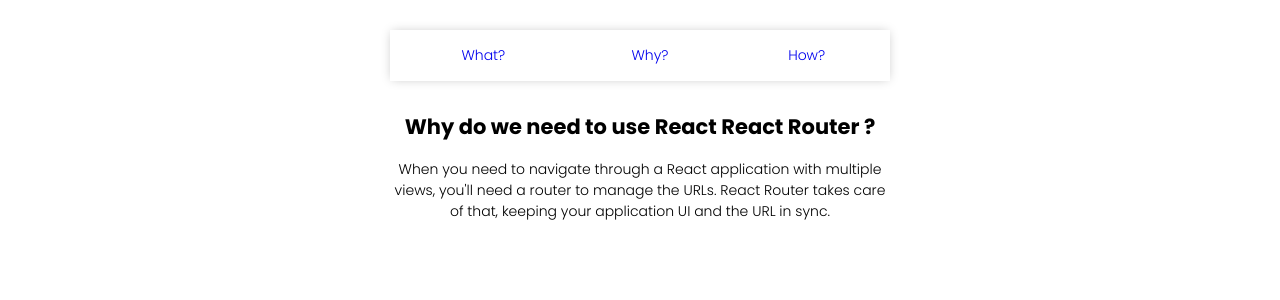
Repository: nguy3nds/2021-18-9-react
Page: /about
The author's editor kept a copy of each file at every save. The page is drawn from the files as they stood at one save, then again after the next save.
The browser window is 1280 px wide. The pictures show the whole page.
The project was rebuilt for these pictures with package versions that can differ from the ones it lists, and the page was loaded fresh each time. Also part of the build but not shown: src/components/What.js, src/components/Why.js.

Above is the page before, as saved 2021-09-19 00:02:29.

After the next save:
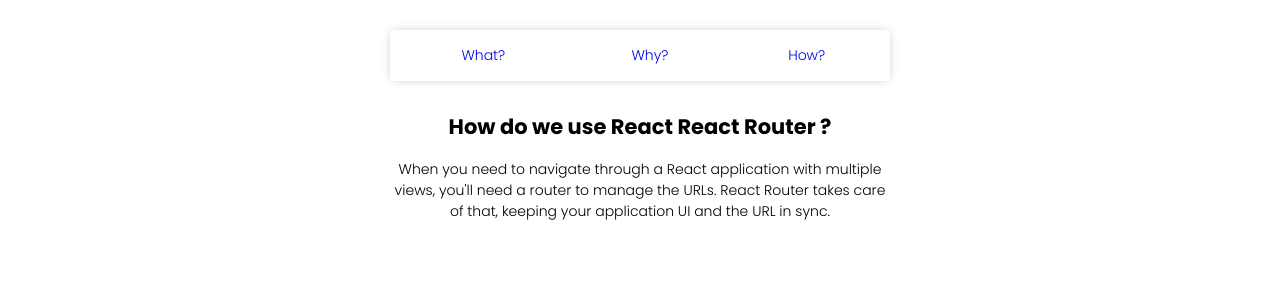
Saved 40 s later.
--- a/src/components/How.js
+++ b/src/components/How.js
@@ -1,7 +1,7 @@
 export default function Why() {
   return (
     <div>
-      <h2>Why do we need to use React React Router ?</h2>
+      <h2>How do we use React React Router ?</h2>
       <p>
         When you need to navigate through a React application with multiple
         views, you'll need a router to manage the URLs. React Router takes care
